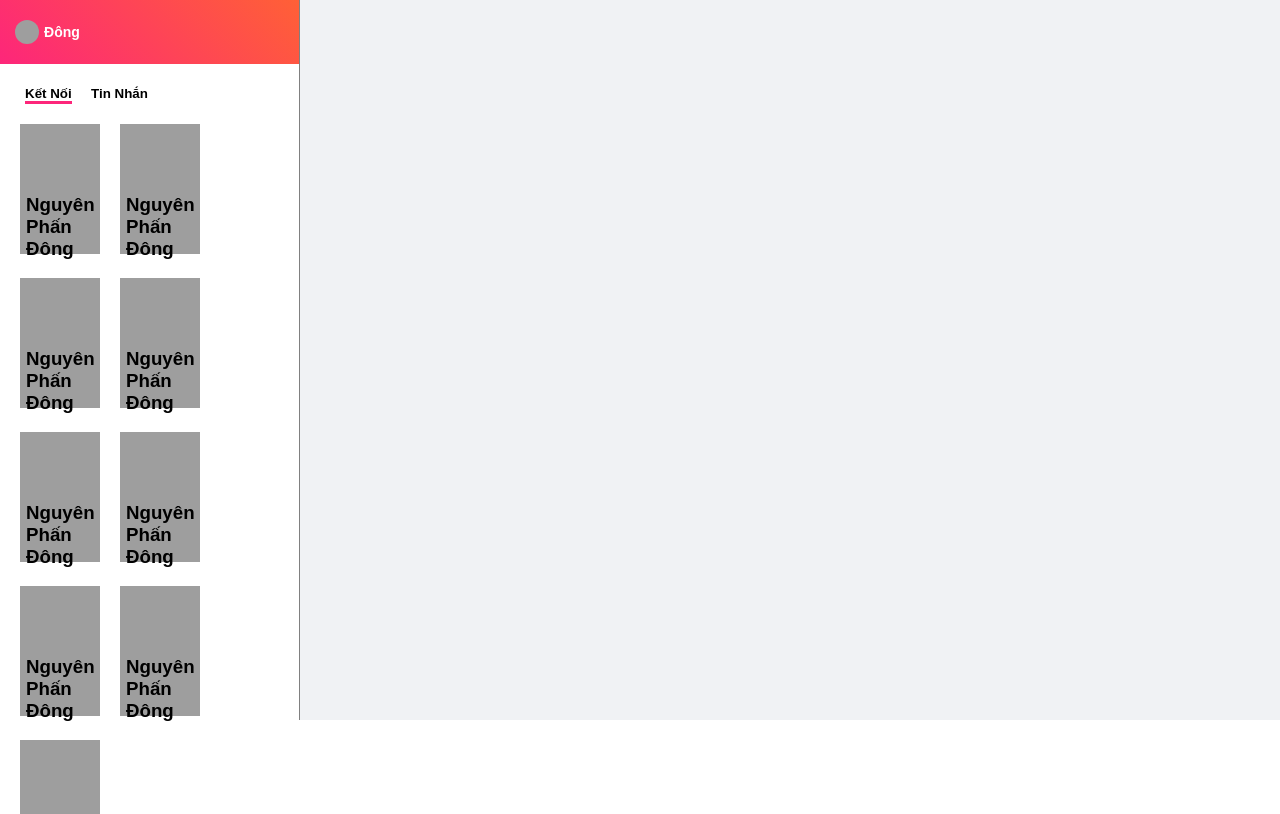
Repository: conquy2002/T2009A
Page: Project RobinTinder/website/index.html
These files come from the project's save history. The page is drawn as it stood at one moment and after the next save; the edit follows.
The browser window is 1280 px wide. The pictures show the whole page.
Pictures or frames that could not be fetched are drawn as grey boxes.

Above is the page before, as saved 2022-01-07 09:48:54.

### Project RobinTinder/website/index.html
<!DOCTYPE html>
<html lang="en">
<head>
    <meta charset="UTF-8">
    <meta http-equiv="X-UA-Compatible" content="IE=edge">
    <meta name="viewport" content="width=device-width, initial-scale=1.0">
    <title>Robin Hẹn hò</title>
    <link rel="stylesheet" href="./css/style.css" />
</head>
<body>
    <div class="main">
        <aside class="nav">
            <div class="nav__header">
                <div class="nav__hearder--profile">
                    <a href="#">
                        <img src = "https://scontent.fhph1-3.fna.fbcdn.net/v/t1.6435-1/c1.64.198.199a/p200x200/141433767_1108249559690088_990288042436184426_n.jpg?_nc_cat=107&ccb=1-5&_nc_sid=7206a8&_nc_ohc=5yxEM9Iimv0AX_4k7Ox&_nc_ht=scontent.fhph1-3.fna&oh=00_AT-vqYdzU7_RG4YwBws_REoHUQ_G1kzl29AkfIijrbwnXg&oe=61FCEA38">
                        <h3>Đông</h3>
                    </a>
                </div>
                <div class="nav__header--contact"></div>
            </div>
            <div class="nav__qc"></div>
            <div class="nav_content">
                <div class="nav_content-button">
                    <button type="button" class="nav-button nav-active" data-value = "ket_noi"><spam>Kết Nối</spam></button>
                    <button type="button" class="nav-button" data-value = "tin_nhan"><spam>Tin Nhắn</spam></button>
                </div>
                <div class="nav__content-main" id = "js_nav_content_main"></div>
            </div>
        </aside>
        <div class="content"></div>
    </div>
</body>
<script  type="text/javascript" src ="./js/main.js" ></script>
</html>

### Project RobinTinder/website/css/style.css
*{
    margin: 0;
    padding: 0;
    box-sizing: border-box;
}
body{
    font-family: sans-serif,Helvetica,Arial;
    overflow: hidden;
}
a{
    text-decoration: none;
}
.main{
    background-color: #f0f2f4;
    height: 100vh;
    width: 100%;
    display: flex;
}
.nav{
    flex-basis: 300px;
    height: 100%;
    border-right: .1px solid gray;
}
.nav__header{
    background: linear-gradient(
45deg,#fd267a,#ff6036);
    background-image: linear-gradient(
45deg, rgb(253, 38, 122), rgb(255, 96, 54));
    width: 100%;
    display: flex;
    overflow: hidden;
}
.nav__hearder--profile{
    padding: 15px 10px;
}
.nav__hearder--profile a{
    display: flex;
    padding: 5px;
    align-items: center;
    color: #fff;
    font-size: 12px;
    flex-basis: 25%;
    cursor: pointer;
}
.nav__hearder--profile img{
    height: 1.5rem;
    width: 1.5rem;
    border-radius: 50%;
    margin-right: 5px;
}
.nav__hearder--profile a:hover{
    background-color: rgba(0,0,0,.32)!important;
    border-radius: 36px;
}
.nav_content{
    background-color: #fff;
    padding: 10px;
    height: 100%;
}
.nav_content-button{
    padding: 10px;
}
.nav-button{
    border: none;
    background-color: #fff;
    font-weight: bold;
    cursor: pointer;
    margin-right: 10px;
    margin-left: 5px;
}
.nav-active{
    border-bottom: 3px solid #fd267a;
}
.nav__content-main{
    overflow: scroll;
    height: 100%;
    width: 100%;
    display: flex;
    flex-wrap: wrap;
}
.nav__content-main  .connection{
     position: relative;
}
.nav__content-main  .connection img{
    width: 80px;
    height: 130px;
    object-fit: cover;
    margin: 10px;
}
.nav__content-main .connection .connection_span{
    position: absolute;
    bottom: 8px;
    left: 16px;
}
.nav__content-main .connection .connection_span h3{

}
.content{

}

### Project RobinTinder/website/js/main.js
var ket_noi = [
    {
        img: "https://scontent.fhph1-3.fna.fbcdn.net/v/t1.6435-1/c1.64.198.199a/p200x200/141433767_1108249559690088_990288042436184426_n.jpg?_nc_cat=107&ccb=1-5&_nc_sid=7206a8&_nc_ohc=5yxEM9Iimv0AX_4k7Ox&_nc_ht=scontent.fhph1-3.fna&oh=00_AT-vqYdzU7_RG4YwBws_REoHUQ_G1kzl29AkfIijrbwnXg&oe=61FCEA38",
        name: "Nguyên Phấn Đông"
    }, {
        img: "https://scontent.fhph1-3.fna.fbcdn.net/v/t1.6435-1/c1.64.198.199a/p200x200/141433767_1108249559690088_990288042436184426_n.jpg?_nc_cat=107&ccb=1-5&_nc_sid=7206a8&_nc_ohc=5yxEM9Iimv0AX_4k7Ox&_nc_ht=scontent.fhph1-3.fna&oh=00_AT-vqYdzU7_RG4YwBws_REoHUQ_G1kzl29AkfIijrbwnXg&oe=61FCEA38",
        name: "Nguyên Phấn Đông"
    }, {
        img: "https://scontent.fhph1-3.fna.fbcdn.net/v/t1.6435-1/c1.64.198.199a/p200x200/141433767_1108249559690088_990288042436184426_n.jpg?_nc_cat=107&ccb=1-5&_nc_sid=7206a8&_nc_ohc=5yxEM9Iimv0AX_4k7Ox&_nc_ht=scontent.fhph1-3.fna&oh=00_AT-vqYdzU7_RG4YwBws_REoHUQ_G1kzl29AkfIijrbwnXg&oe=61FCEA38",
        name: "Nguyên Phấn Đông"
    }, {
        img: "https://scontent.fhph1-3.fna.fbcdn.net/v/t1.6435-1/c1.64.198.199a/p200x200/141433767_1108249559690088_990288042436184426_n.jpg?_nc_cat=107&ccb=1-5&_nc_sid=7206a8&_nc_ohc=5yxEM9Iimv0AX_4k7Ox&_nc_ht=scontent.fhph1-3.fna&oh=00_AT-vqYdzU7_RG4YwBws_REoHUQ_G1kzl29AkfIijrbwnXg&oe=61FCEA38",
        name: "Nguyên Phấn Đông"
    }, {
        img: "https://scontent.fhph1-3.fna.fbcdn.net/v/t1.6435-1/c1.64.198.199a/p200x200/141433767_1108249559690088_990288042436184426_n.jpg?_nc_cat=107&ccb=1-5&_nc_sid=7206a8&_nc_ohc=5yxEM9Iimv0AX_4k7Ox&_nc_ht=scontent.fhph1-3.fna&oh=00_AT-vqYdzU7_RG4YwBws_REoHUQ_G1kzl29AkfIijrbwnXg&oe=61FCEA38",
        name: "Nguyên Phấn Đông"
    }, {
        img: "https://scontent.fhph1-3.fna.fbcdn.net/v/t1.6435-1/c1.64.198.199a/p200x200/141433767_1108249559690088_990288042436184426_n.jpg?_nc_cat=107&ccb=1-5&_nc_sid=7206a8&_nc_ohc=5yxEM9Iimv0AX_4k7Ox&_nc_ht=scontent.fhph1-3.fna&oh=00_AT-vqYdzU7_RG4YwBws_REoHUQ_G1kzl29AkfIijrbwnXg&oe=61FCEA38",
        name: "Nguyên Phấn Đông"
    }, {
        img: "https://scontent.fhph1-3.fna.fbcdn.net/v/t1.6435-1/c1.64.198.199a/p200x200/141433767_1108249559690088_990288042436184426_n.jpg?_nc_cat=107&ccb=1-5&_nc_sid=7206a8&_nc_ohc=5yxEM9Iimv0AX_4k7Ox&_nc_ht=scontent.fhph1-3.fna&oh=00_AT-vqYdzU7_RG4YwBws_REoHUQ_G1kzl29AkfIijrbwnXg&oe=61FCEA38",
        name: "Nguyên Phấn Đông"
    }, {
        img: "https://scontent.fhph1-3.fna.fbcdn.net/v/t1.6435-1/c1.64.198.199a/p200x200/141433767_1108249559690088_990288042436184426_n.jpg?_nc_cat=107&ccb=1-5&_nc_sid=7206a8&_nc_ohc=5yxEM9Iimv0AX_4k7Ox&_nc_ht=scontent.fhph1-3.fna&oh=00_AT-vqYdzU7_RG4YwBws_REoHUQ_G1kzl29AkfIijrbwnXg&oe=61FCEA38",
        name: "Nguyên Phấn Đông"
    }, {
        img: "https://scontent.fhph1-3.fna.fbcdn.net/v/t1.6435-1/c1.64.198.199a/p200x200/141433767_1108249559690088_990288042436184426_n.jpg?_nc_cat=107&ccb=1-5&_nc_sid=7206a8&_nc_ohc=5yxEM9Iimv0AX_4k7Ox&_nc_ht=scontent.fhph1-3.fna&oh=00_AT-vqYdzU7_RG4YwBws_REoHUQ_G1kzl29AkfIijrbwnXg&oe=61FCEA38",
        name: "Nguyên Phấn Đông"
    }
]
const $ = document.querySelector.bind(document);
const $$ = document.querySelectorAll.bind(document);

window.onload = () => {
    ket_noi.forEach( a => {
        $("#js_nav_content_main").innerHTML += `
        <div class = "connection">
            <img src ="${a.img}"/>
            <span class = "connection_span"><h3>${a.name}</h3></span>
        </div>
        `
    })

}

After the next save:
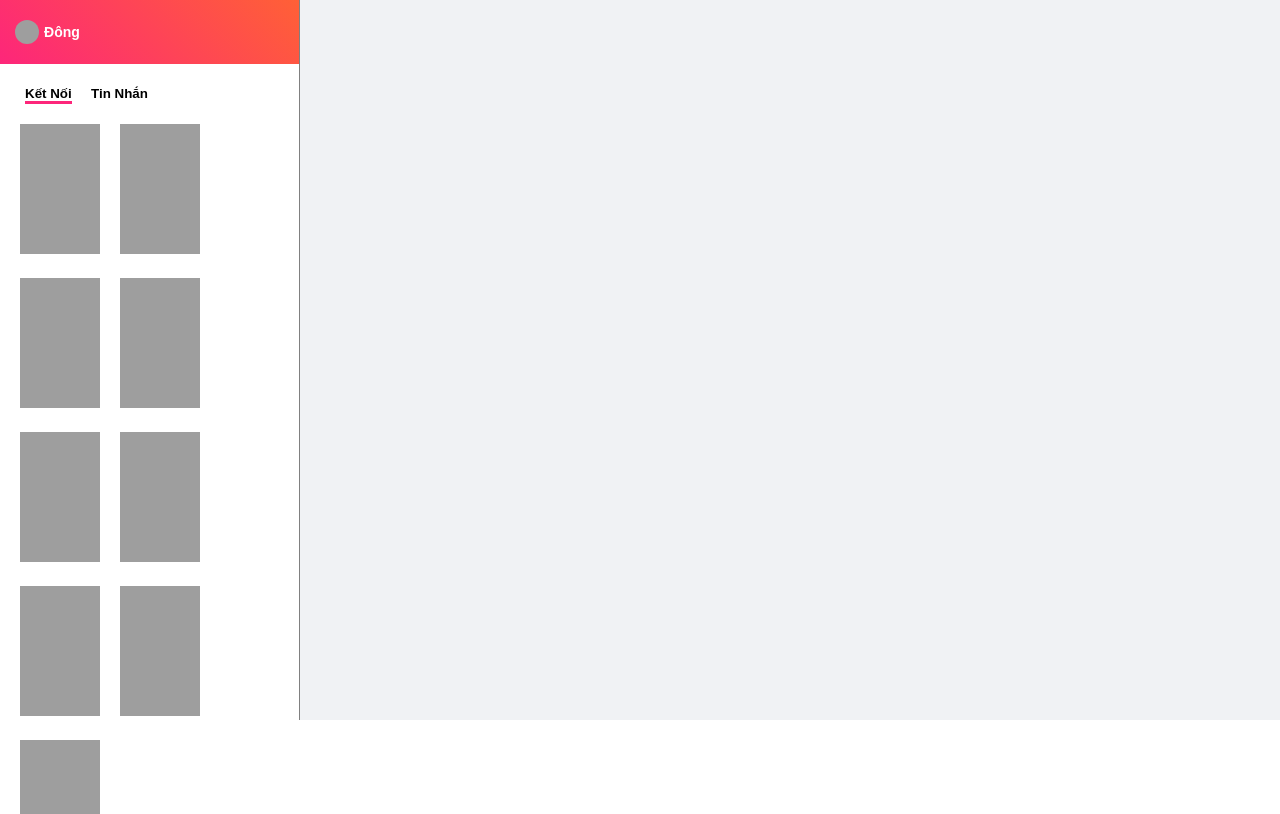
Saved 29 s later.
--- a/Project RobinTinder/website/css/style.css
+++ b/Project RobinTinder/website/css/style.css
@@ -78,9 +78,6 @@
     display: flex;
     flex-wrap: wrap;
 }
-.nav__content-main  .connection{
-     position: relative;
-}
 .nav__content-main  .connection img{
     width: 80px;
     height: 130px;
@@ -88,12 +85,21 @@
     margin: 10px;
 }
 .nav__content-main .connection .connection_span{
+    width: 90%;
+    white-space: pre-wrap;
     position: absolute;
-    bottom: 8px;
-    left: 16px;
+    left: 6px;
+    bottom: 6px;
+    color: #fff;
 }
 .nav__content-main .connection .connection_span h3{
+    position: absolute;
 
+    hyphens: none;
+    white-space: nowrap;
+    text-overflow: ellipsis;
+    overflow: hidden;
+    max-width: 100%;
 }
 .content{
 
